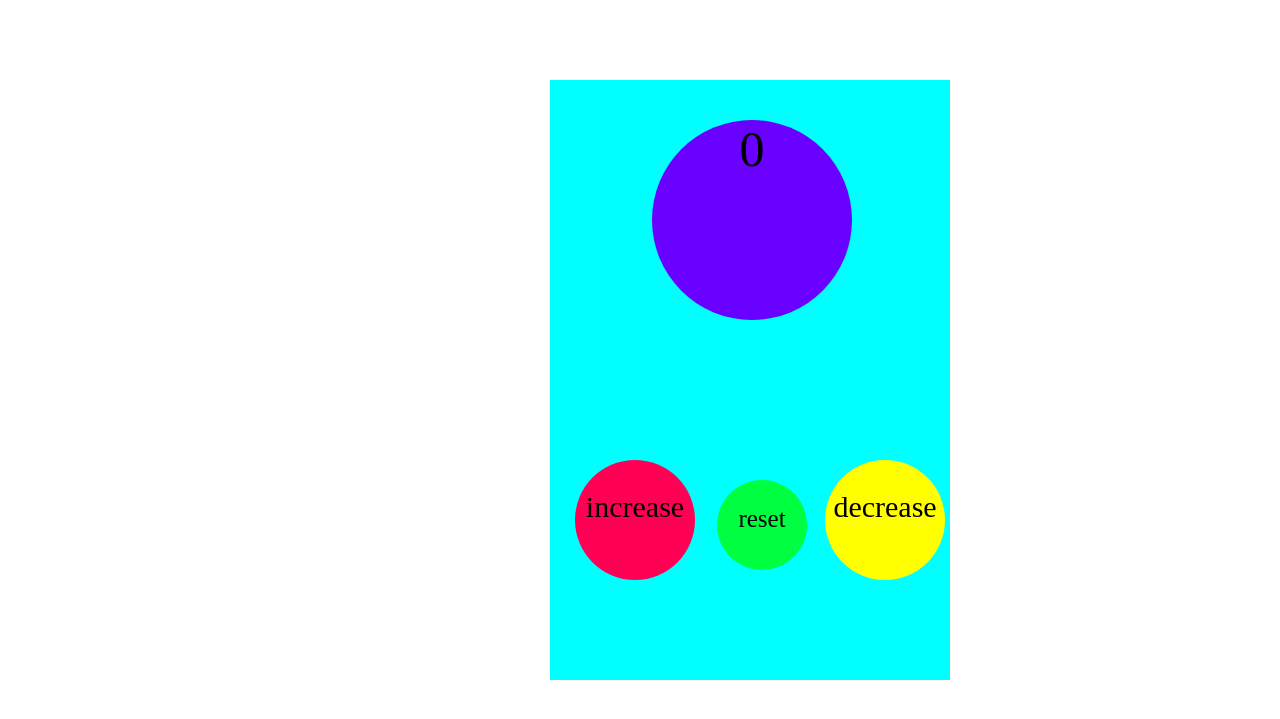
Repository: sara55m/Counter_App
Page: index.html
These files come from the project's save history. The page is drawn as it stood at one moment and after the next save; the edit follows.
The browser window is 1280 px wide. The pictures show the whole page.

Above is the page before, as saved 2024-07-30 03:43:22.

### index.html
<!DOCTYPE html>
<html lang="en">
<head>
    <meta charset="UTF-8">
    <meta name="viewport" content="width=device-width, initial-scale=1.0">
    <title>Document</title>
    <link rel="stylesheet" href="css/style.css">
</head>
<body>
    <div class="container">
        <div class="main" id="main"></div>
        <div class="increase" id="increase" onclick="increase()"><p class="first">increase</p></div>
        <div class="decrease" id="decrease" onclick="decrease()"><p class="second">decrease</p></div>
        <div class="reset" onclick="reset_1()"><p class="third">reset</p></div>
    </div>
    <script src="js/script.js"></script>
</body>
</html>

### css/style.css
.container{
    position: absolute;
    top:80px;
    left:550px;
    height:600px;
    width:400px;
    background-color: aqua;
}

.main{
    position:absolute;
    top:40px;
    left:102px;
    height:200px;
    width:200px;
    border-radius: 50%;
    background-color: rgb(106, 0, 255);
    text-align: center;
    font-size: 50px;
}

.increase{
    position:absolute;
    top:380px;
    left:25px;
    height:120px;
    width:120px;
    border-radius: 50%;
    background-color: rgb(255, 0, 85);
    text-align: center;
    font-size: 50px;
}
p.first,p.second{
    font-size: 30px;;
}

.decrease{
    position:absolute;
    top:380px;
    left:275px;
    height:120px;
    width:120px;
    border-radius: 50%;
    background-color:yellow;
    text-align: center;
    font-size: 50px;
}

.reset{
    position:absolute;
    top:400px;
    left:167px;
    height:90px;
    width:90px;
    border-radius: 50%;
    background-color: rgb(0, 255, 64);
    text-align: center;
    font-size: 50px;
}

p.third{
    font-size: 25px;;
}

### js/script.js
let count=0;
document.getElementById("main").innerHTML=count;
function increase(){
    count+=1;
    document.getElementById("main").innerHTML=count;
}


function decrease(){
    count-=1;
    document.getElementById("main").innerHTML=count;

}

function reset_1(){
    let count=0;
    let x=document.getElementById("main").innerHTML=count;

}

After the next save:
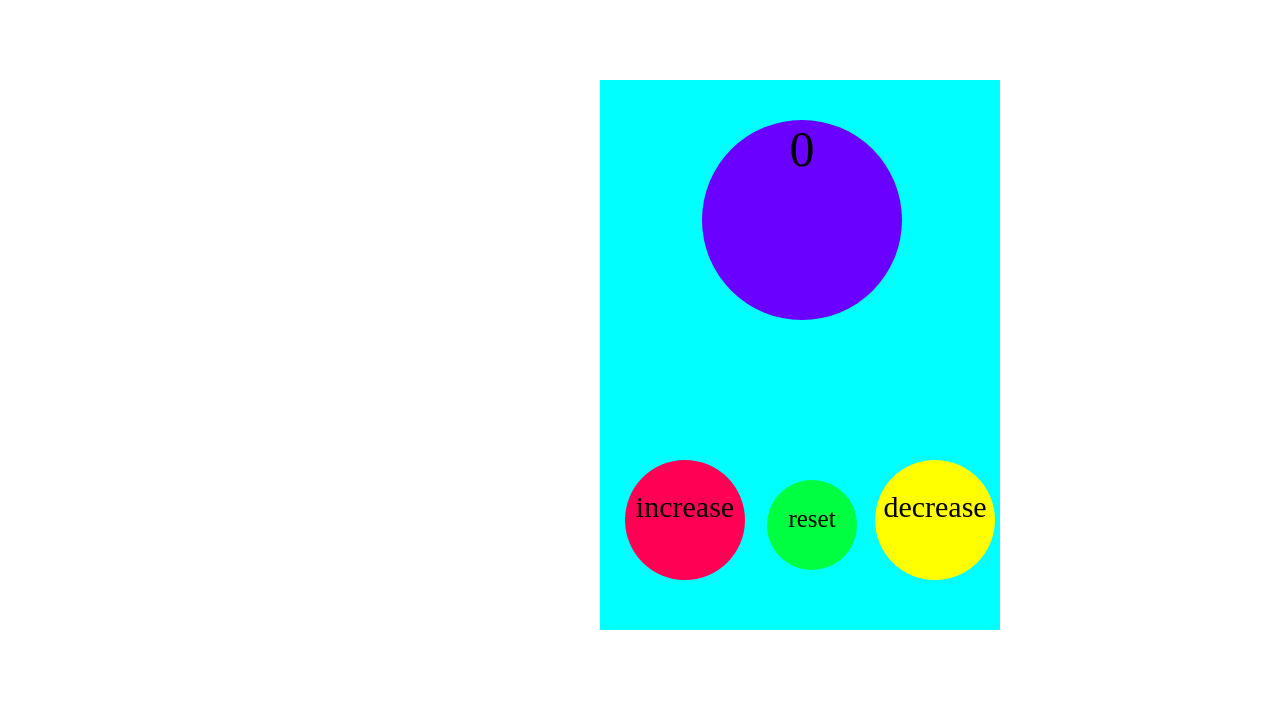
Saved 15 s later.
--- a/css/style.css
+++ b/css/style.css
@@ -1,8 +1,8 @@
 .container{
     position: absolute;
     top:80px;
-    left:550px;
-    height:600px;
+    left:600px;
+    height:550px;
     width:400px;
     background-color: aqua;
 }
